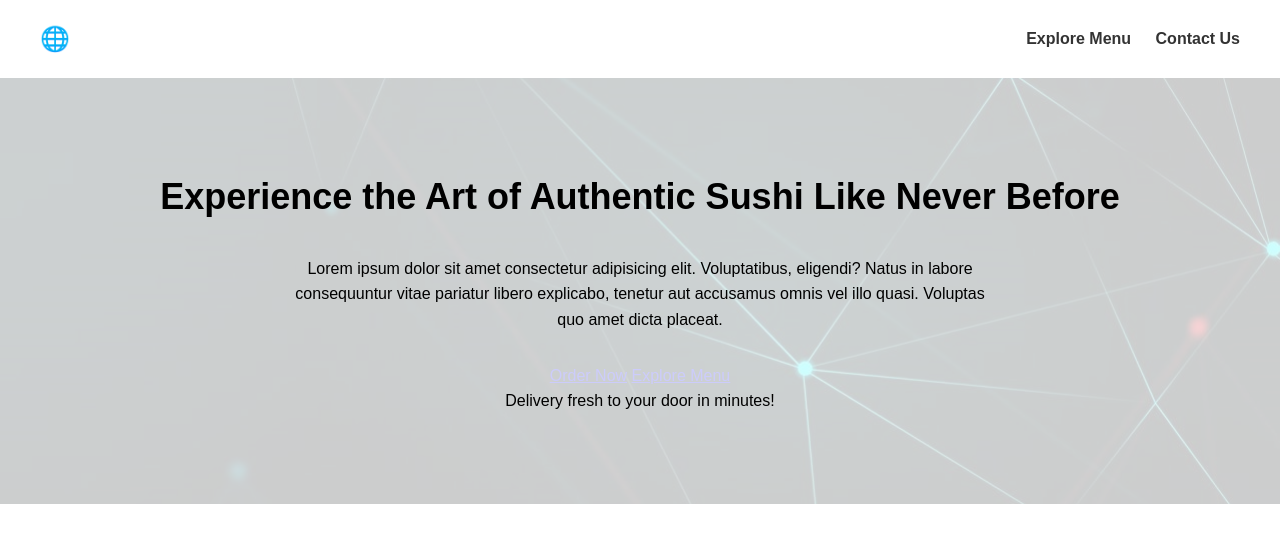
Repository: Femi007-gh/experience
Page: index.html
These files come from the project's save history. The page is drawn as it stood at one moment and after a run of saves; the edit follows.
The browser window is 1280 px wide. The pictures show the whole page.

Above is the page before, as saved 2025-01-16 06:54:37.

After the next 3 saves:
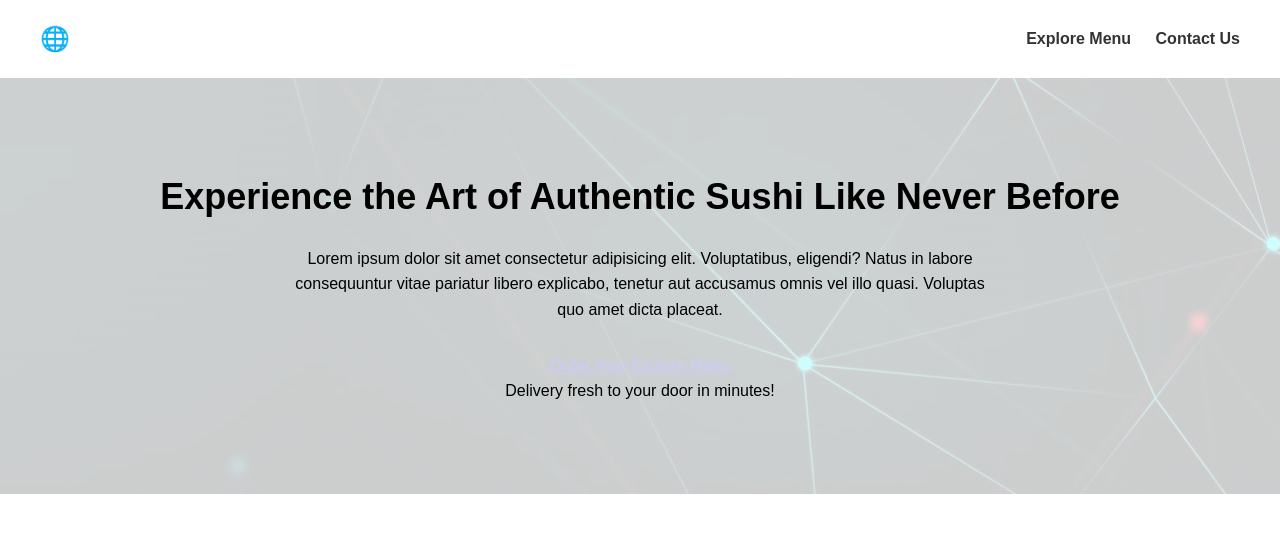
The 3 saves are shown as one change because they came seconds apart.
The last was saved 10 s later.
--- a/style.css
+++ b/style.css
@@ -52,7 +52,7 @@ header nav a:hover {
   font-size: 36px;
   font-weight: 700;
   position: relative;
-
+  margin-bottom: 20px;
 }
 
 .hero p {
